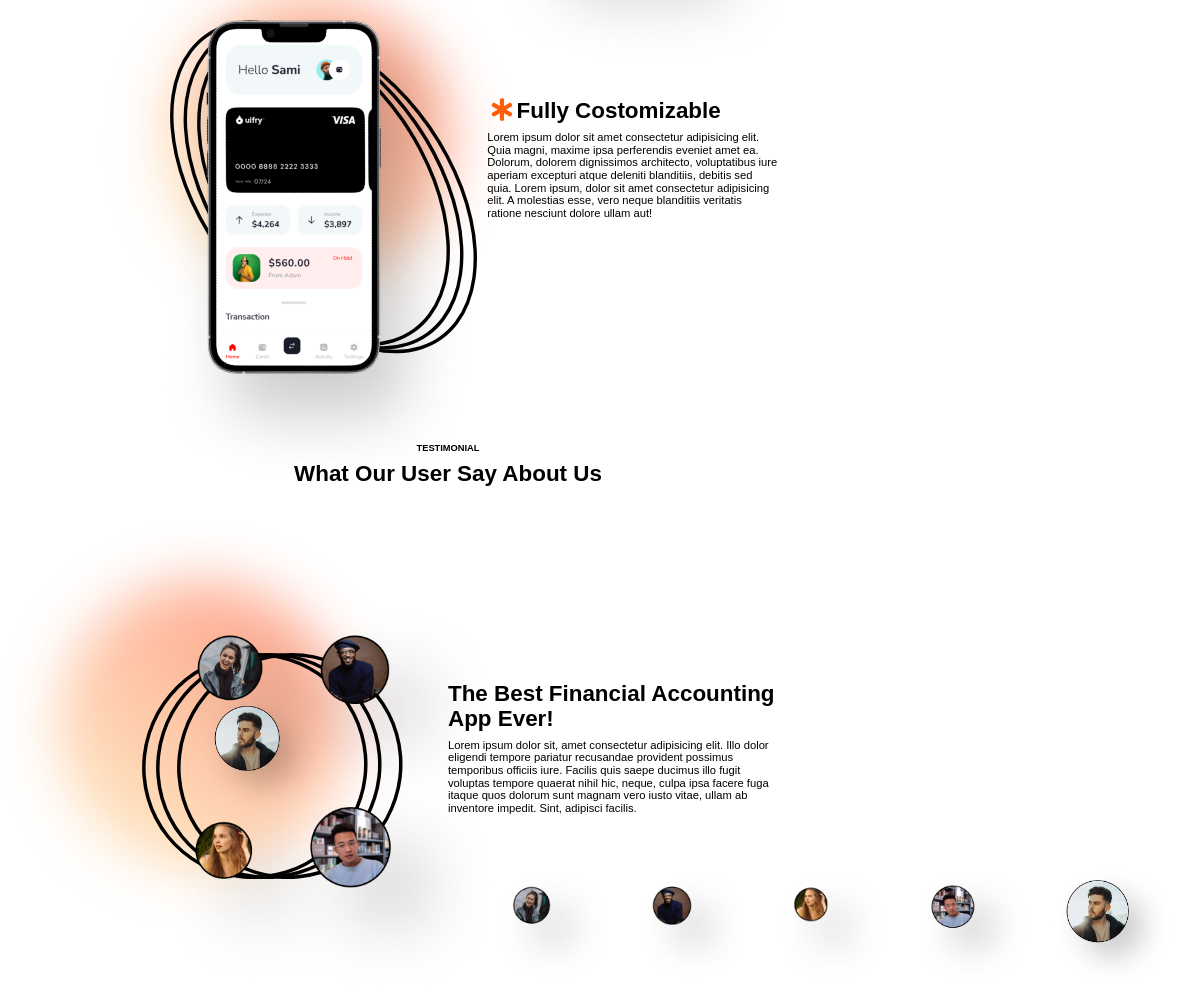
Repository: sakshambansal7/Uifry
Page: index.html
These files come from the project's save history. The page is drawn as it stood at one moment and after a run of saves; the edit follows.
The browser window is 1280 px wide. The page is 1685 px wide, so the pictures cover 1685 px, including what lies to the right of the window. The pictures show the part of the page from y = 1994 to 3434 px (the page is 3434 px tall), at 70% of full size.
Some web libraries are served in a nearby version.

Above is the page before, as saved 2024-06-12 22:23:50.

### index.html
<!DOCTYPE html>
<html lang="en">
  <head>
    <meta charset="UTF-8" />
    <meta name="viewport" content="width=device-width, initial-scale=1.0" />
    <title>uifry.com</title>
    <link rel="stylesheet" href="style.css" />
    <link rel="stylesheet" href="https://cdnjs.cloudflare.com/ajax/libs/font-awesome/6.1.1/css/all.min.css">

  </head>
  <body>
    <nav class="navbar">
      <div>
        <img class="logo" src="./images/logo.png" alt="img" />
      </div>
      <div class="nav">
        <div><a href="#" class="nav__link active">Home </a></div>
        <div><a href="#" class="nav__link">About Us</a></div>
        <div><a href="#" class="nav__link">Pricing</a></div>
        <div><a href="#" class="nav__link">features</a></div>
      </div>
      <div class="download">
        <button class="button">Download</button>
      </div>
    </nav>
    <div class="part1 ">
      <div class="left">
        <div class="bg-shape1"></div>
        <h1>Make The Best Financial Decisions</h1>
        <div class="bg-shape1 position-1"></div> <!-- Duplicate for top and bottom -->
        <p>Lorem ipsum dolor sit amet consectetur, adipisicing elit. Fuga dolorem esse natus repellat modi, mollitia voluptates est.</p>
        <div class="cta-buttons">
          <button class="get-started-btn">Get Started <i class="fa-solid fa-arrow-right"></i></button>
          <button class="watch-video-btn"> <i class="fa-solid fa-circle-play"></i>Watch Video</button>
        </div>
      </div>

      <div class="right">
        <div class="bg-shape2"></div>
        <div class="elipse-common elipse"></div>
        <div class="elipse-common elipse1"></div>
        <div class="elipse-common elipse2"></div>

        <img class="image1" src="./images/iphone.png" alt="Mobile App Mockup" />
        <img class="image2" src="./images/igraph.png" alt="Mobile App Mockup" />
        <img class="image3" src="./images/iphone.png" alt="Mobile App Mockup" />
      </div>

    </div>
    <div class="part2">
      <div class="left">
        <div class="bg-shape2"></div>
        <div class="elipse-common elipse3"></div>
        <div class="elipse-common elipse4"></div>
        <div class="elipse-common elipse5"></div>

        <img class="image1" src="./images/iphone.png" alt="Mobile App Mockup" />

      </div>
      <div class="right">
        <h4>FEATURES</h4>
        <H1>Uifry Premium</H1>
        <h3><i class="fa-regular fa-star custom-color"></i> Budgeting intervals</h3>
        <p>Lorem ipsum dolor sit amet consectetur, adipisicing elit. Fuga dolorem esse natus repellat modi, mollitia voluptates est.</p>
        <h3> <i class="fa-solid fa-gear custom-color"></i> Budgeting intervals</h3>
        <p>Lorem ipsum dolor sit amet consectetur, adipisicing elit. Fuga dolorem esse natus repellat modi, mollitia voluptates est.</p>
        <h3><i class="fa-solid fa-star-of-life custom-color"></i>Budgeting intervals</h3>
        <p>Lorem ipsum dolor sit amet consectetur, adipisicing elit. Fuga dolorem esse natus repellat modi, mollitia voluptates est.</p>

      </div>
    </div>
    <div class="part3">
      <div class="left">
        <h4>ADVANTAGES</h4>
        <H1> Why Choose Uifry ?</H1>
        <h3><i class="fa-solid fa-bell custom-color"></i>Clever notificAations</h3>
        <p>Lorem ipsum dolor sit amet consectetur, adipisicing elit. Fuga dolorem esse natus repellat modi, mollitia voluptates est. Lorem ipsum dolor sit amet consectetur adipisicing elit. Perspiciatis expedita accusantium obcaecati dicta debitis optio quibusdam animi assumenda sit commodi?</p>

      </div>
      <div class="right">
        <div class="bg-shape2"></div>
        <div class="elipse-common elipse3"></div>
        <div class="elipse-common elipse4"></div>
        <div class="elipse-common elipse5"></div>
        <img src="./images/igraph.png" alt="img">
      </div>
    </div>
    <div class="part4">
      <div class="left">
        <div class="bg-shape2"></div>
        <div class="elipse-common elipse3"></div>
        <div class="elipse-common elipse4"></div>
        <div class="elipse-common elipse5"></div>
        <img src="./images/iphone.png" alt="img">
      </div>
      <div class="right">
        <h1><i class="fa-solid fa-star-of-life custom-color "></i>Fully Costomizable</h1>
        <p>Lorem ipsum dolor sit amet consectetur adipisicing elit. Quia magni, maxime ipsa perferendis eveniet amet ea. Dolorum, dolorem dignissimos architecto, voluptatibus iure aperiam excepturi atque deleniti blanditiis, debitis sed quia. Lorem ipsum, dolor sit amet consectetur adipisicing elit. A molestias esse, vero neque blanditiis veritatis ratione nesciunt dolore ullam aut!</p>
      </div>
    </div>
    <div class="parent-container">
      <h5>TESTIMONIAL</h5>
      <h1>What Our User Say About Us</h1>
  </div>

    <div class="part5">
      <div class="left">
        <div class="bg-shape2"></div>
        <div class="elipse-common elipse6"></div>
        <div class="elipse-common elipse7"></div>
        <div class="elipse-common elipse8"></div>

        <div class="img1 "><img src="./images/1.png" alt="img"></div>
        <div class="img2 "><img src="./images/2.png" alt="img"></div>
        <div class="img3 "><img src="./images/3.png" alt="img"></div>
        <div class="img4 "><img src="./images/4.png" alt="img"></div>
        <div class="main "><img src="./images/main.png" alt="img"></div>

      </div>
      <div class="right">
        <h1>The Best Financial Accounting App Ever!</h1>
        <p>Lorem ipsum dolor sit, amet consectetur adipisicing elit. Illo dolor eligendi tempore pariatur recusandae provident possimus temporibus officiis iure. Facilis quis saepe ducimus illo fugit voluptas tempore quaerat nihil hic, neque, culpa ipsa facere fuga itaque quos dolorum sunt magnam vero iusto vitae, ullam ab inventore impedit. Sint, adipisci facilis.</p>

       <div class="images">
        <div class="" ><img src="./images/1.png" alt="img"></div>
       <div class=""><img src="./images/2.png" alt="img"></div>
       <div class=""><img src="./images/3.png" alt="img"></div>
       <div class=""><img src="./images/4.png" alt="img"></div>
       <div class=""><img src="./images/main.png" alt="img"></div>
      </div>

      </div>
    </div>
  </body>
  <script src="script.js"></script>
</html>

### style.css

*{
    margin: 0px;
    padding: 5px;

}
body {
  margin-left: 20vh;
  margin-right: 20vh;
  font-family: Arial, sans-serif;
  background: #fff;
  color: #000000;
  justify-content: center;
  box-sizing: border-box;
}

  /* navbar */
.logo {
  width: 120px;
}


.navbar{
  display: flex;
  justify-content: flex-start;

}
.nav{
  padding-top: 10px;
  display: flex;
  justify-content: center;

}
nav  {
  display: inline;
}

nav a {
  text-decoration: none;
  color: #333;
  font-weight: bold;
}


.button {
  width: 160px;
  height: 40px;
  border-radius: 3px;
  background-color: #000000;
  color: #fff;
  padding: 10px 20px;
  cursor: pointer;
  border: none;
  font-weight: bold;
  margin-left: 40vh;
}
.download{

  padding-top: 10px;
}


.nav__link {
    display: block;
    padding: .3125rem 1.5rem;
    text-transform: uppercase;
  }

  .nav__link.active  {

    color: #FF5E08;
  }

  /* part-1 */

  .part1 {
    height: 85vh;
    display: inline-flex;
        justify-content: space-between;
        top: 50px !important;
        inset: 0;


    padding: 60px 40px;
}

/* .absolute{
  position: absolute;
  inset: 0;
  justify-content: center;
  display: inline-flex;
  flex-direction: row;
} */
.left {
  max-width: 50%;
}

.part1 h1 {
  font-size: 3em;
  margin: 0 0 20px;
}

.part1 p {
  font-size: 1.2em;
  margin: 0 0 40px;
}

.cta-buttons {
  display: flex;
  gap: 20px;
}

.get-started-btn,
.watch-video-btn {
  background: #000;
  color: #fff;
  padding: 15px 30px;
  border: none;
  cursor: pointer;
  font-size: 1em;
  font-weight: bold;
}

.watch-video-btn {
  color: #000000;

  background: transparent;
}

.right {
  max-width: 50%;
  position: relative; /* Add position relative to use as a reference for absolute positioning */
}

.right .image1{

  position: absolute;
  z-index: 3;
  width: 100%;
  padding-left: 0px;



}
.right .image2 {
  position: absolute;
  padding-top: 50px;
  padding-left: 100px;


  z-index: 2;
  max-width: 100%;
}
.right .image3 {


  padding-top: 100px;
  padding-left: 200px;
  z-index: 1;
  max-width: 100%;
}
/* background-effect */


.justify-center{
  justify-content: center;
}

/* background-effect */
.left {
  max-width: 50%;
  position: relative; /* Add this line */
}

.bg-shape1 {
  width: 400px;
  height: 400px;
  border-radius: 9999px;
  position: absolute; /* Change to absolute for proper positioning */
  top: 0px; /* Positioning adjustments */
  left: 50%; /* Positioning adjustments */
  transform: translateX(-50%); /* Center the shape horizontally */
  z-index: -1; /* Ensure it's behind the text */
  background: linear-gradient(35deg,  #FDE598,#ff3508); /* Dual color gradient */
  opacity: 0.5; /* Adjust as necessary */
  filter: blur(40px);

}

.bg-shape2 {
  width: 400px;
  height: 400px;
  border-radius: 9999px;
  position: absolute; /* Change to absolute for proper positioning */
  top: 50px; /* Positioning adjustments */
  left: 50%; /* Positioning adjustments */
  transform: translateX(-50%); /* Center the shape horizontally */
  z-index: -1; /* Ensure it's behind the text */
  background: linear-gradient(35deg,  #FDE598,#ff3508); /* Dual color gradient */
  opacity: 0.5; /* Adjust as necessary */
  filter: blur(40px);

}

  /* circular shape */

  .elipse-common {

    background: none;
    border-radius: 50%;
    -ms-transform: rotate(40deg);  /* IE 9 */
    -webkit-transform: rotate(40deg);  /* Safari */
    transform: rotate(40deg);
    position: absolute;
    top: 150px;
    border: 5px solid black;
    z-index: -1; /* Ensure it's behind the text */
}

.elipse {
  width: 700px;
  height: 305px;
    left: 45px;

}

.elipse1 {
  width: 700px;
  height: 305px;
    left: 25px;
}

.elipse2 {
  width: 700px;
  height: 305px;
    left: 5px;
}
.elipse3 {
  width: 500px;
  height: 305px;
    left: 45px;

}

.elipse4 {
  width: 500px;
  height: 305px;
    left: 25px;
}

.elipse5 {
  width: 500px;
  height: 305px;
    left: 5px;
}


.part2{
  display: flex;
  height: 85vh;
}

  .part2 .left .image1{
    transform: rotate(15deg);
  }

  .part2 .right{
    margin-top: 20vh;

  }
  .part2 .right h3 h1{
    font-weight: 900; /* 400 is normal, 700 is bold */
  }
  .part2 .right h4{
    color: #FF5E08;
  }
  .custom-color {
    color: #FF5E08;
}

.part3{
  display: flex;
  align-items: center;
  justify-content: center;
  height: 80vh;



}
.part3 .left h4{
  color: #FF5E08;

}
.part3 .left p{
 font-weight: 100;

}
.part3 .right img{
  transform: rotate(15deg);

}


.part4{
  gap: 5vh;
  display: flex;
  align-items: center;
  justify-content: center;
  height: 80vh;

}


.part4  .left{
  transform: rotate(15deg);


}
.part4 .right{
  padding-bottom: 30vh;
}



.elipse6 {
  width: 300px;
  height: 305px;
    left: 65px;



}

.elipse7 {
  width: 300px;
  height: 305px;
    left: 45px;
}

.elipse8 {
  width: 300px;
  height: 305px;
    left: 95px;
}

.parent-container {
  text-align: center;
}

.part5{
  margin-top: 10vh;
  display: flex;
  gap: 30vh;
  position: relative;


}


.part5  img {
  position: relative;
  top: 50px;
  left: 50px;
}
.part5  .img1{
  position: absolute;
  top: 1vh;
  left: .1h;
  z-index: 4;



}
.part5  .img2{
  position: absolute;
  top: 1vh;
  left: 25vh;
  z-index: 5;

}
.part5  .img3{
  position: absolute;
  top: 38vh;
  left: .1vh;
  z-index: 3;


}
.part5  .img4{
  position: absolute;
  top: 35vh;
  left: 23vh;
  z-index: 2;


}
.part5 .main {
  position: relative;
  top: 19vh;
  left: 8vh;
  z-index: 1;

}

/* Adjust the size of the image within the .main div */
.part5 .main img {
  width: 80%; /* Decrease the width to 50% of its original size */
  height: auto; /* Maintain aspect ratio */
}


.part5 .right{
  margin-top:25vh ;
}



.images{
  display: flex;
  flex-direction: row;

}
.images img{
  width: 25vh;
  height: 25vh;
}

### script.js
document.addEventListener('DOMContentLoaded', function() {
    const selector = '.nav__link';
    const elems = Array.from( document.querySelectorAll( selector ) );
    const navigation = document.querySelector( 'nav' );

    function makeActive( evt ) {
      const target = evt.target;

      if ( !target || !target.matches( selector ) ) {
        return;
      }

      elems.forEach( elem => elem.classList.remove( 'active' ) );

        evt.target.classList.add( 'active' );
    };

    navigation.addEventListener( 'mousedown', makeActive );

    } );

After the next 3 saves:
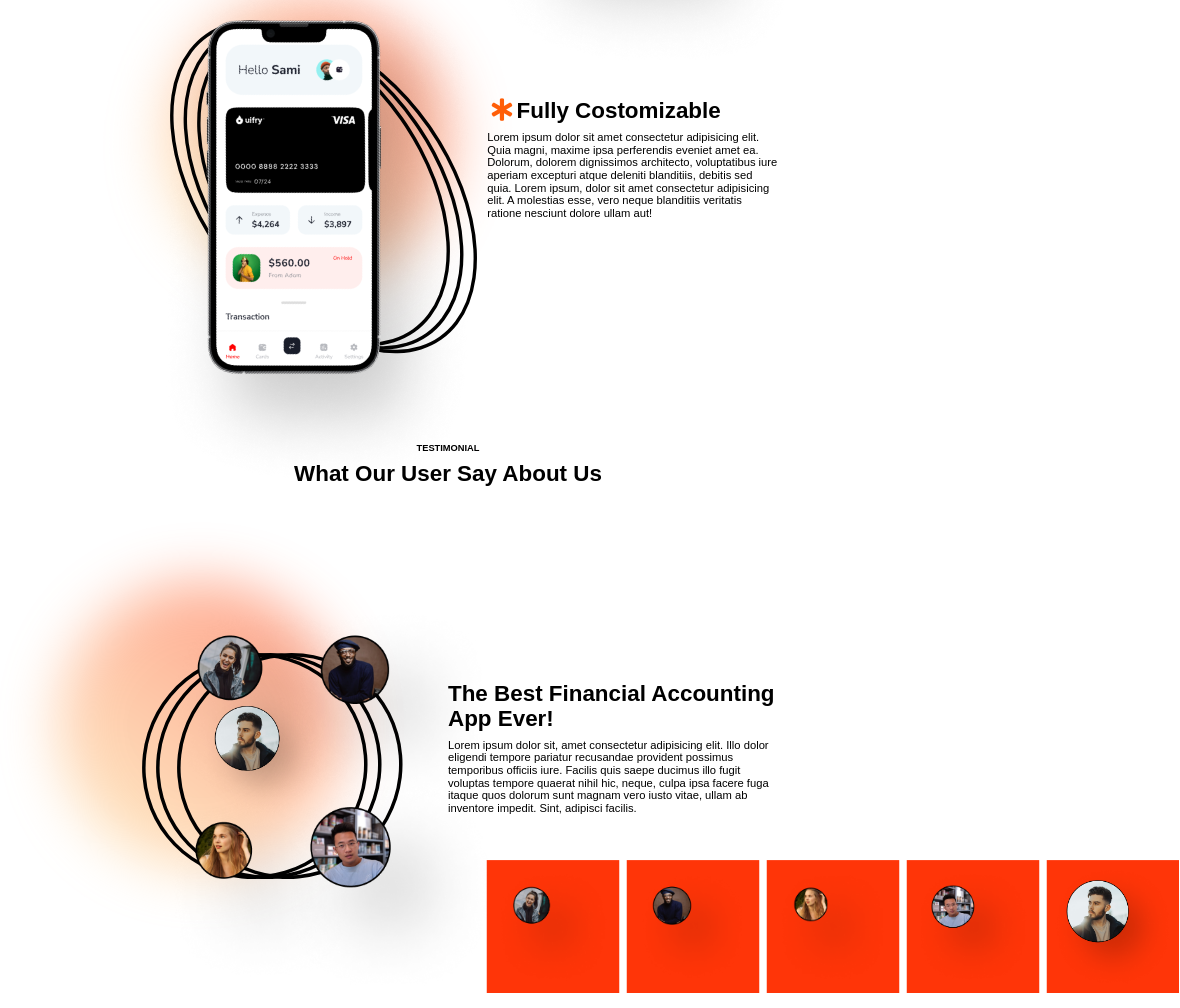
The 3 saves are shown as one change because they came seconds apart.
The last was saved 20 s later.
--- a/style.css
+++ b/style.css
@@ -421,6 +421,7 @@ nav a {
 
 }
 .images img{
+  background-color: #ff3508;
   width: 25vh;
   height: 25vh;
 }
